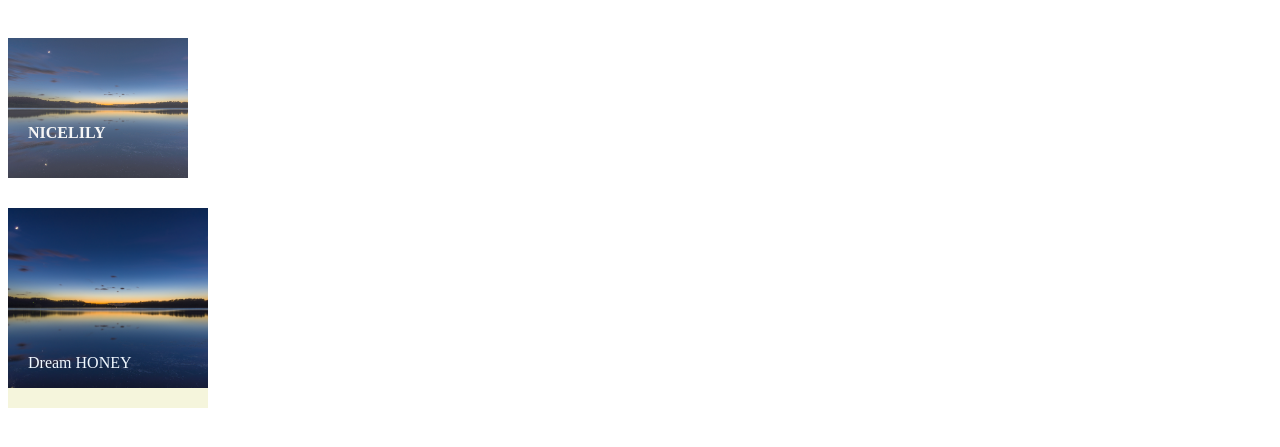
Repository: northpx/animation
Page: index.html
These files come from the project's save history. The page is drawn as it stood at one moment and after the next save; the edit follows.
The browser window is 1280 px wide. The pictures show the whole page.

Above is the page before, as saved 2022-12-21 18:13:26.

### index.html
<!DOCTYPE html>
<html lang="en">

<head>
  <meta charset="UTF-8">
  <meta http-equiv="X-UA-Compatible" content="IE=edge">
  <meta name="viewport" content="width=device-width, initial-scale=1.0">
  <link rel="stylesheet" href="style.css">
  <title>Document</title>
</head>

<body>
  <div class="container">
    <img src="nature_lake_sunset_landscape_ultrahd_4k_wallpaper_3840x2160.jpg" alt="" class="image">
    <div class="content1">
      <p class="p1">NICELILY</p>
      <p class="p2">Lily to play</p>
    </div>
  </div>

  <div class="container1">
    <img src="nature_lake_sunset_landscape_ultrahd_4k_wallpaper_3840x2160.jpg" alt="" class="image2">
    <div class="content2">
      <p class="p3">Dream HONEY <span>Now</span></p>
    </div>
    <div class="bot"></div>
  </div>
</body>

</html>

<!-- <!DOCTYPE html>
<html>
<head>
<title>W3.CSS</title>
<meta name="viewport" content="width=device-width, initial-scale=1">
<link rel="stylesheet" href="style.css">
</head>
<body>
<div class="w3-container w3-green">
  <h1>W3Schools Demo</h1>
  <p>Resize this responsive page!</p>
</div>
<div class="w3-row-padding">
  <div class="w3-third">
    <h2>London</h2>
    <p>London is the capital city of England.</p>
    <p>It is the most populous city in the United Kingdom,
    with a metropolitan area of over 13 million inhabitants.</p>
  </div>

  <div class="w3-third">
    <h2>Paris</h2>
    <p>Paris is the capital of France.</p>
    <p>The Paris area is one of the largest population centers in Europe,
    with more than 12 million inhabitants.</p>
  </div>

  <div class="w3-third">
    <h2>Tokyo</h2>
    <p>Tokyo is the capital of Japan.</p>
    <p>It is the center of the Greater Tokyo Area,
    and the most populous metropolitan area in the world.</p>
  </div>
</div>

</body>
</html> -->

### style.css

.container{
    width: 180px;
    height: 200px;
    overflow: hidden;
    position: relative;
}

 .image{
    width: 250px;
    height: 200px;
    object-fit: contain;
    transform: translateX(-20px);
    transition: all .5s linear;
    opacity: 0.8;
}

.container:hover .image{
    transform: translateX(0px);
    opacity: 1;
}

.content1 .p1{
    position: absolute;
    color: whitesmoke;
    top: 100px;
    left: 20px;
    opacity: 1;
    transition: all .5s ease-in;
    font-weight: bold;
}

.container:hover .content1 .p1{
    transform: translateY(-20px);
}

.content1 .p2{
    position: absolute;
    color: azure;
    top: 120px;
    left: 20px;
    visibility: hidden;
    opacity: 0;
    transition: all .5s ease-in;
}

.container:hover .content1 .p2{
    transform: translateY(-20px);
    visibility: visible;
    opacity: 1;
}

.container1{
    width: 200px;
    height: 200px;
    background-color: antiquewhite;
    overflow: hidden;
    position: relative;
}

.image2{
    width: 200px;
    height: 200px;
    object-fit: cover;
}

.container1:hover .image2{
    opacity: 0.8;
}

.p3{
    position: absolute;
    bottom: 0;
    color: aliceblue;
    padding-bottom: 20px;
    padding-left: 20px;
    transition: all .3s linear;
}

.p3 span{
    opacity: 0;
}

.container1:hover .p3{
    transform: translateY(10px);
}

.container1:hover .p3 span{
    animation: spinner .3s linear forwards;
}

@keyframes spinner {
    0%{
        opacity: 0;
    }
    50%{
        opacity: 0.5;
    }
    100%{
        opacity: 1;
    }
}

.bot{
    position: absolute;
    width: 200px;
    height: 20px;
    background-color: beige;
    bottom: 0;
}

.bot::before{
    content: "";
    position: absolute;
    bottom: 0;
    width: 200px;
    height: 1px;
    background-color: beige;
    z-index: -1;
}

After the next save:
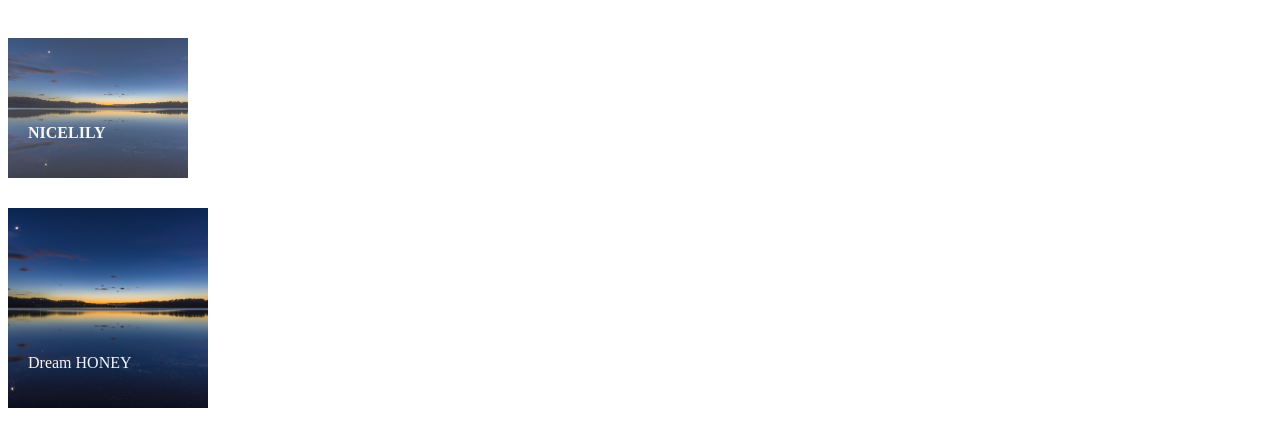
Saved 13 s later.
--- a/style.css
+++ b/style.css
@@ -105,7 +105,6 @@
     position: absolute;
     width: 200px;
     height: 20px;
-    background-color: beige;
     bottom: 0;
 }
 
